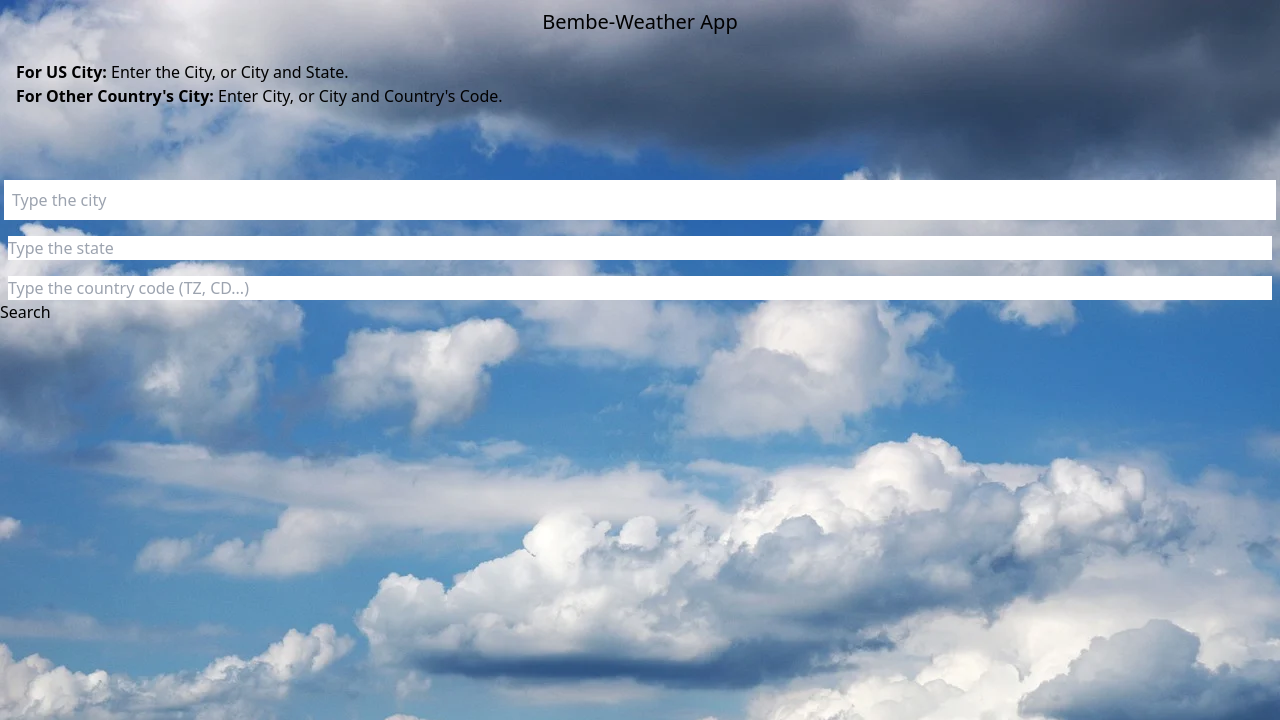
Repository: ShindanoSingi/bembe-weather
Page: /
An editor plug-in stored every save of this project. The page is shown before and after the next save, followed by the edit.
The browser window is 1280 px wide. The pictures show the whole page.
The page's requests for data from a server got no answer. The project was rebuilt for these pictures with package versions that can differ from the ones it lists, and the page was loaded fresh each time. No one was signed in, and anything a server would have sent is missing.

Above is the page before, as saved 2022-09-14 03:08:08.

After the next save:
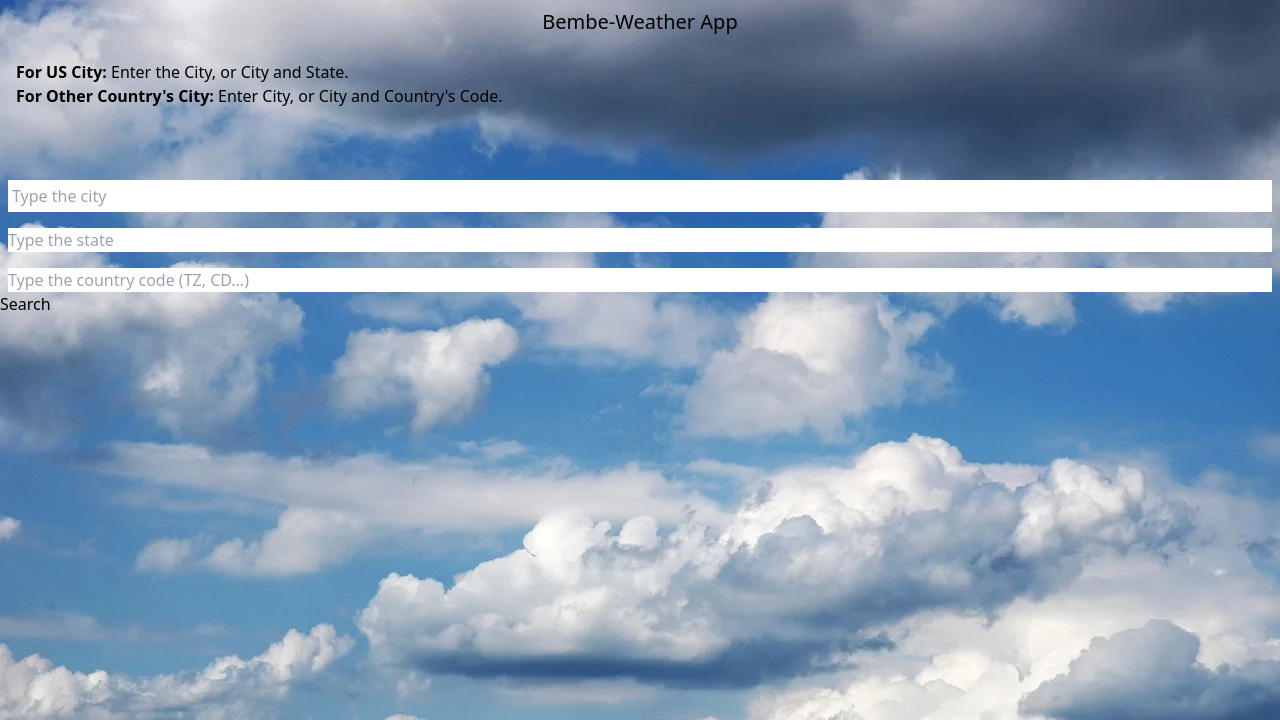
Saved 23 s later.
--- a/src/components/SearchForm.js
+++ b/src/components/SearchForm.js
@@ -14,7 +14,7 @@ const SearchForm = ({
       <form className="form-container" onSubmit={handleSubmit} d-flex>
         <div className="flex flex-col gap-4">
           <input
-          className="p-2 mx-1 cityInput"
+          className="p-1 mx-2 cityInput"
           placeholder="Type the city"
           type="text"
           name="SearchString"
